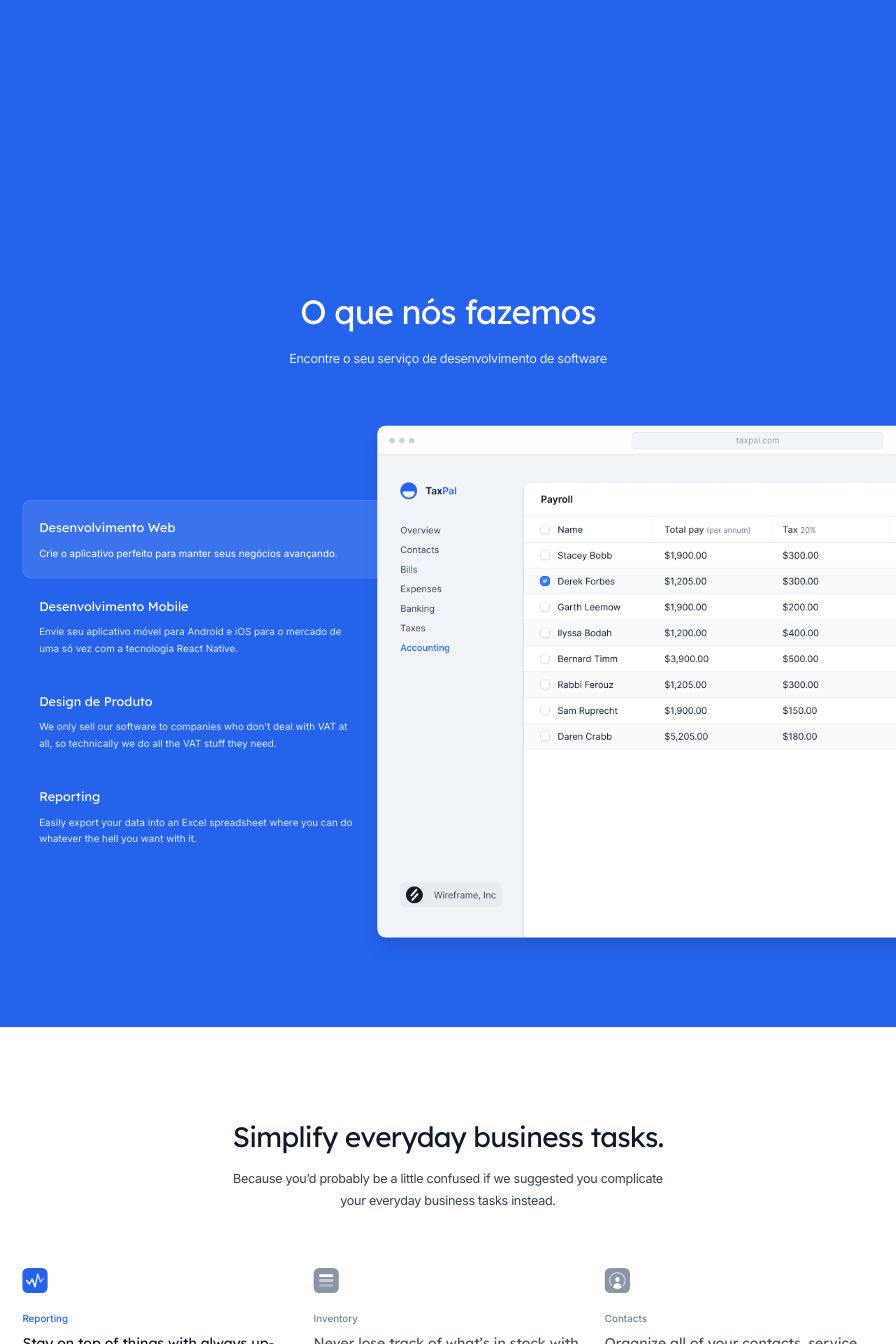
Repository: LuisSempre/imaginative
Page: /
These files come from the project's save history. The page is drawn as it stood at one moment and after the next save; the edit follows.
The browser window is 1280 px wide. The pictures show the part of the page from y = 1595 to 3515 px (the page is 9918 px tall), at 70% of full size.
The project was rebuilt for these pictures with package versions that can differ from the ones it lists, and the page was loaded fresh each time. The framework's server and built-in components were replaced by stand-ins that run in the browser. Also part of the build but not shown: next.config.js.

Above is the page before, as saved 2022-07-15 10:16:45.

### src/pages/index.jsx
import Head from 'next/head'

import { CallToAction } from '@/components/CallToAction'
import { Faqs } from '@/components/Faqs'
import { Footer } from '@/components/Footer'
import { Header } from '@/components/Header'
import { Hero } from '@/components/Hero'
import { Contact } from '@/components/Contact'
import { PrimaryFeatures } from '@/components/PrimaryFeatures'
import { SecondaryFeatures } from '@/components/SecondaryFeatures'
import { Testimonials } from '@/components/Testimonials'

export default function Home() {
  return (
    <>
      <Head>
        <title>TaxPal - Accounting made simple for small businesses</title>
        <meta
          name="description"
          content="Most bookkeeping software is accurate, but hard to use. We make the opposite trade-off, and hope you don’t get audited."
        />
      </Head>
      <Header />
      <main>
        <Hero />
        <PrimaryFeatures />
        <SecondaryFeatures />
        <CallToAction />
        <Testimonials />
        <Contact />
        <Faqs />
      </main>
      <Footer />
    </>
  )
}

### src/components/CallToAction.jsx
import Image from 'next/future/image'

import { Button } from '@/components/Button'
import { Container } from '@/components/Container'
import backgroundImage from '@/images/background-call-to-action.jpg'

export function CallToAction() {
  return (
    <section
      id="get-started-today"
      className="relative overflow-hidden bg-blue-600 py-32"
    >
      <Image
        className="absolute top-1/2 left-1/2 max-w-none -translate-x-1/2 -translate-y-1/2"
        src={backgroundImage}
        alt=""
        width={2347}
        height={1244}
        unoptimized
      />
      <Container className="relative">
        <div className="mx-auto max-w-lg text-center">
          <h2 className="font-display text-3xl tracking-tight text-white sm:text-4xl">
            Get started today
          </h2>
          <p className="mt-4 text-lg tracking-tight text-white">
            It’s time to take control of your books. Buy our software so you can
            feel like you’re doing something productive.
          </p>
          <Button href="/register" color="white" className="mt-10">
            Get 6 months free
          </Button>
        </div>
      </Container>
    </section>
  )
}

### src/components/Footer.jsx
import Link from 'next/link'

import { Container } from '@/components/Container'
import { Logo } from '@/components/Logo'
import { NavLink } from '@/components/NavLink'

export function Footer() {
  return (
    <footer className="bg-slate-50">
      <Container>
        <div className="py-16">
          <Logo className="mx-auto h-10 w-auto" />
          <nav className="mt-10 text-sm" aria-label="quick links">
            <div className="-my-1 flex justify-center gap-x-6">
              <NavLink href="#features">Features</NavLink>
              <NavLink href="#testimonials">Testimonials</NavLink>
              <NavLink href="#pricing">Pricing</NavLink>
            </div>
          </nav>
        </div>
        <div className="flex flex-col items-center border-t border-slate-400/10 py-10 sm:flex-row-reverse sm:justify-between">
          <div className="flex gap-x-6">
            <Link
              href="https://twitter.com"
              className="group"
              aria-label="TaxPal on Twitter"
            >
              <svg
                aria-hidden="true"
                className="h-6 w-6 fill-slate-500 group-hover:fill-slate-700"
              >
                <path d="M8.29 20.251c7.547 0 11.675-6.253 11.675-11.675 0-.178 0-.355-.012-.53A8.348 8.348 0 0 0 22 5.92a8.19 8.19 0 0 1-2.357.646 4.118 4.118 0 0 0 1.804-2.27 8.224 8.224 0 0 1-2.605.996 4.107 4.107 0 0 0-6.993 3.743 11.65 11.65 0 0 1-8.457-4.287 4.106 4.106 0 0 0 1.27 5.477A4.073 4.073 0 0 1 2.8 9.713v.052a4.105 4.105 0 0 0 3.292 4.022 4.093 4.093 0 0 1-1.853.07 4.108 4.108 0 0 0 3.834 2.85A8.233 8.233 0 0 1 2 18.407a11.615 11.615 0 0 0 6.29 1.84" />
              </svg>
            </Link>
            <Link
              href="https://github.com"
              className="group"
              aria-label="TaxPal on GitHub"
            >
              <svg
                aria-hidden="true"
                className="h-6 w-6 fill-slate-500 group-hover:fill-slate-700"
              >
                <path d="M12 2C6.477 2 2 6.484 2 12.017c0 4.425 2.865 8.18 6.839 9.504.5.092.682-.217.682-.483 0-.237-.008-.868-.013-1.703-2.782.605-3.369-1.343-3.369-1.343-.454-1.158-1.11-1.466-1.11-1.466-.908-.62.069-.608.069-.608 1.003.07 1.531 1.032 1.531 1.032.892 1.53 2.341 1.088 2.91.832.092-.647.35-1.088.636-1.338-2.22-.253-4.555-1.113-4.555-4.951 0-1.093.39-1.988 1.029-2.688-.103-.253-.446-1.272.098-2.65 0 0 .84-.27 2.75 1.026A9.564 9.564 0 0 1 12 6.844a9.59 9.59 0 0 1 2.504.337c1.909-1.296 2.747-1.027 2.747-1.027.546 1.379.202 2.398.1 2.651.64.7 1.028 1.595 1.028 2.688 0 3.848-2.339 4.695-4.566 4.943.359.309.678.92.678 1.855 0 1.338-.012 2.419-.012 2.747 0 .268.18.58.688.482A10.02 10.02 0 0 0 22 12.017C22 6.484 17.522 2 12 2Z" />
              </svg>
            </Link>
          </div>
          <p className="mt-6 text-sm text-slate-500 sm:mt-0">
            Copyright &copy; {new Date().getFullYear()} TaxPal. All rights
            reserved.
          </p>
        </div>
      </Container>
    </footer>
  )
}

### src/components/Header.jsx
import { Fragment } from 'react'
import Link from 'next/link'
import { Popover, Transition } from '@headlessui/react'
import clsx from 'clsx'
import { Container } from '@/components/Container'
import { Logo } from '@/components/Logo'
import { NavLink } from '@/components/NavLink'

function MobileNavLink({ href, children }) {
  return (
    <Popover.Button as={Link} href={href} className="block w-full p-2">
      {children}
    </Popover.Button>
  )
}

function MobileNavIcon({ open }) {
  return (
    <svg
      aria-hidden="true"
      className="h-3.5 w-3.5 overflow-visible stroke-slate-700"
      fill="none"
      strokeWidth={2}
      strokeLinecap="round"
    >
      <path
        d="M0 1H14M0 7H14M0 13H14"
        className={clsx(
          'origin-center transition',
          open && 'scale-90 opacity-0'
        )}
      />
      <path
        d="M2 2L12 12M12 2L2 12"
        className={clsx(
          'origin-center transition',
          !open && 'scale-90 opacity-0'
        )}
      />
    </svg>
  )
}

function MobileNavigation() {
  return (
    <Popover>
      <Popover.Button
        className="relative z-10 flex h-8 w-8 items-center justify-center [&:not(:focus-visible)]:focus:outline-none"
        aria-label="Toggle Navigation"
      >
        {({ open }) => <MobileNavIcon open={open} />}
      </Popover.Button>
      <Transition.Root>
        <Transition.Child
          as={Fragment}
          enter="duration-150 ease-out"
          enterFrom="opacity-0"
          enterTo="opacity-100"
          leave="duration-150 ease-in"
          leaveFrom="opacity-100"
          leaveTo="opacity-0"
        >
          <Popover.Overlay className="fixed inset-0 bg-slate-300/50" />
        </Transition.Child>
        <Transition.Child
          as={Fragment}
          enter="duration-150 ease-out"
          enterFrom="opacity-0 scale-95"
          enterTo="opacity-100 scale-100"
          leave="duration-100 ease-in"
          leaveFrom="opacity-100 scale-100"
          leaveTo="opacity-0 scale-95"
        >
          <Popover.Panel
            as="div"
            className="absolute inset-x-0 flex flex-col p-4 mt-4 text-lg tracking-tight origin-top bg-white shadow-xl top-full rounded-2xl text-slate-900 ring-1 ring-slate-900/5"
          >
            <MobileNavLink href="#services">Serviços</MobileNavLink>
            <MobileNavLink href="#portifolio">Portfólio</MobileNavLink>
            <MobileNavLink href="#sobre">Sobre</MobileNavLink>
          </Popover.Panel>
        </Transition.Child>
      </Transition.Root>
    </Popover>
  )
}

export function Header() {
  return (
    <header className="py-10">
      <Container>
        <nav className="relative z-50 flex justify-between">
          <div className="flex items-center md:gap-x-12">
            <Link href="#" aria-label="Home">
              <Logo className="w-auto h-10" />
            </Link>
          </div>
          <div className="flex items-center gap-x-5 md:gap-x-8">
            <div className="hidden md:flex">
              <NavLink href="#services">Serviços</NavLink>
              <NavLink href="#portifolio">Portfólio</NavLink>
              <NavLink href="#sobre">Sobre</NavLink>
            </div>
            <div className="-mr-1 md:hidden">
              <MobileNavigation />
            </div>
          </div>
        </nav>
      </Container>
    </header>
  )
}

### src/components/Hero.jsx
import Image from 'next/future/image'

import { Button } from '@/components/Button'
import { Container } from '@/components/Container'
import logoLaravel from '@/images/logos/laravel.svg'
import logoMirage from '@/images/logos/mirage.svg'
import logoStatamic from '@/images/logos/statamic.svg'
import logoStaticKit from '@/images/logos/statickit.svg'
import logoTransistor from '@/images/logos/transistor.svg'
import logoTuple from '@/images/logos/tuple.svg'

export function Hero() {
  return (
    <Container className="pt-20 pb-16 text-center lg:pt-32">
      <h1 className="max-w-4xl mx-auto text-5xl font-medium tracking-tight font-display text-slate-900 sm:text-7xl">
        Construindo{' '}
        <span className="relative text-blue-500 whitespace-nowrap">
          <svg
            aria-hidden="true"
            viewBox="0 0 418 42"
            className="absolute top-2/3 left-0 h-[0.58em] w-full fill-blue-300/70"
            preserveAspectRatio="none"
          >
            <path d="M203.371.916c-26.013-2.078-76.686 1.963-124.73 9.946L67.3 12.749C35.421 18.062 18.2 21.766 6.004 25.934 1.244 27.561.828 27.778.874 28.61c.07 1.214.828 1.121 9.595-1.176 9.072-2.377 17.15-3.92 39.246-7.496C123.565 7.986 157.869 4.492 195.942 5.046c7.461.108 19.25 1.696 19.17 2.582-.107 1.183-7.874 4.31-25.75 10.366-21.992 7.45-35.43 12.534-36.701 13.884-2.173 2.308-.202 4.407 4.442 4.734 2.654.187 3.263.157 15.593-.78 35.401-2.686 57.944-3.488 88.365-3.143 46.327.526 75.721 2.23 130.788 7.584 19.787 1.924 20.814 1.98 24.557 1.332l.066-.011c1.201-.203 1.53-1.825.399-2.335-2.911-1.31-4.893-1.604-22.048-3.261-57.509-5.556-87.871-7.36-132.059-7.842-23.239-.254-33.617-.116-50.627.674-11.629.54-42.371 2.494-46.696 2.967-2.359.259 8.133-3.625 26.504-9.81 23.239-7.825 27.934-10.149 28.304-14.005.417-4.348-3.529-6-16.878-7.066Z" />
          </svg>
          <span className="relative">software inovador</span>
        </span>{' '}
        para você crescer.
      </h1>
      <p className="max-w-2xl mx-auto mt-6 text-xl tracking-tight text-slate-700">
        Desenvolvimento de aplicativos web e mobile
      </p>
      <div className="flex justify-center mt-10 gap-x-6">
        <Button className="px-12 py-4 text-xl" href="#contato">
          Entre em contato
        </Button>
      </div>
      <div className="mt-36 lg:mt-44">
        <p className="text-base font-display text-slate-900">
         Confiado por empresas inovadoras
        </p>
        <ul
          role="list"
          className="flex items-center justify-center mt-8 gap-x-8 sm:flex-col sm:gap-x-0 sm:gap-y-10 xl:flex-row xl:gap-x-12 xl:gap-y-0"
        >
          {[
            [
              { name: 'Transistor', logo: logoTransistor },
              { name: 'Tuple', logo: logoTuple },
              { name: 'StaticKit', logo: logoStaticKit },
            ],
            [
              { name: 'Mirage', logo: logoMirage },
              { name: 'Laravel', logo: logoLaravel },
              { name: 'Statamic', logo: logoStatamic },
            ],
          ].map((group, groupIndex) => (
            <li key={groupIndex}>
              <ul
                role="list"
                className="flex flex-col items-center gap-y-8 sm:flex-row sm:gap-x-12 sm:gap-y-0"
              >
                {group.map((company) => (
                  <li key={company.name} className="flex">
                    <Image src={company.logo} alt={company.name} unoptimized />
                  </li>
                ))}
              </ul>
            </li>
          ))}
        </ul>
      </div>
    </Container>
  )
}

### src/components/PrimaryFeatures.jsx
import { useEffect, useState } from 'react'
import Image from 'next/future/image'
import { Tab } from '@headlessui/react'
import clsx from 'clsx'

import { Container } from '@/components/Container'
import backgroundImage from '@/images/background-features.jpg'
import screenshotExpenses from '@/images/screenshots/expenses.png'
import screenshotPayroll from '@/images/screenshots/payroll.png'
import screenshotReporting from '@/images/screenshots/reporting.png'
import screenshotVatReturns from '@/images/screenshots/vat-returns.png'

const features = [
  {
    title: 'Desenvolvimento Web',
    description:
      "Crie o aplicativo perfeito para manter seus negócios avançando.",
    image: screenshotPayroll,
  },
  {
    title: 'Desenvolvimento Mobile',
    description:
      "Envie seu aplicativo móvel para Android e iOS para o mercado de uma só vez com a tecnologia React Native.",
    image: screenshotExpenses,
  },
  {
    title: 'Design de Produto',
    description:
      "We only sell our software to companies who don't deal with VAT at all, so technically we do all the VAT stuff they need.",
    image: screenshotVatReturns,
  },
  {
    title: 'Reporting',
    description:
      'Easily export your data into an Excel spreadsheet where you can do whatever the hell you want with it.',
    image: screenshotReporting,
  },
]

export function PrimaryFeatures() {
  let [tabOrientation, setTabOrientation] = useState('horizontal')

  useEffect(() => {
    let lgMediaQuery = window.matchMedia('(min-width: 1024px)')

    function onMediaQueryChange({ matches }) {
      setTabOrientation(matches ? 'vertical' : 'horizontal')
    }

    onMediaQueryChange(lgMediaQuery)
    lgMediaQuery.addEventListener('change', onMediaQueryChange)

    return () => {
      lgMediaQuery.removeEventListener('change', onMediaQueryChange)
    }
  }, [])

  return (
    <section
      id="features"
      aria-label="Features for running your books"
      className="relative pt-20 overflow-hidden bg-blue-600 pb-28 sm:py-32"
    >
      <Image
        className="absolute top-1/2 left-1/2 max-w-none translate-x-[-44%] translate-y-[-42%]"
        src={backgroundImage}
        alt=""
        width={2245}
        height={1636}
        unoptimized
      />
      <Container className="relative">
        <div className="max-w-2xl md:mx-auto md:text-center xl:max-w-none">
          <h2 className="text-3xl tracking-tight text-white font-display sm:text-4xl md:text-5xl">
            O que nós fazemos
          </h2>
          <p className="mt-6 text-lg tracking-tight text-blue-100">
            Encontre o seu serviço de desenvolvimento de software
          </p>
        </div>
        <Tab.Group
          as="div"
          className="grid items-center grid-cols-1 pt-10 mt-16 gap-y-2 sm:gap-y-6 md:mt-20 lg:grid-cols-12 lg:pt-0"
          vertical={tabOrientation === 'vertical'}
        >
          {({ selectedIndex }) => (
            <>
              <div className="flex pb-4 -mx-4 overflow-x-auto sm:mx-0 sm:overflow-visible sm:pb-0 lg:col-span-5">
                <Tab.List className="relative z-10 flex px-4 gap-x-4 whitespace-nowrap sm:mx-auto sm:px-0 lg:mx-0 lg:block lg:gap-x-0 lg:gap-y-1 lg:whitespace-normal">
                  {features.map((feature, featureIndex) => (
                    <div
                      key={feature.title}
                      className={clsx(
                        'group relative rounded-full py-1 px-4 lg:rounded-r-none lg:rounded-l-xl lg:p-6',
                        selectedIndex === featureIndex
                          ? 'bg-white lg:bg-white/10 lg:ring-1 lg:ring-inset lg:ring-white/10'
                          : 'hover:bg-white/10 lg:hover:bg-white/5'
                      )}
                    >
                      <h3>
                        <Tab
                          className={clsx(
                            'font-display text-lg [&:not(:focus-visible)]:focus:outline-none',
                            selectedIndex === featureIndex
                              ? 'text-blue-600 lg:text-white'
                              : 'text-blue-100 hover:text-white lg:text-white'
                          )}
                        >
                          <span className="absolute inset-0 rounded-full lg:rounded-r-none lg:rounded-l-xl" />
                          {feature.title}
                        </Tab>
                      </h3>
                      <p
                        className={clsx(
                          'mt-2 hidden text-sm lg:block',
                          selectedIndex === featureIndex
                            ? 'text-white'
                            : 'text-blue-100 group-hover:text-white'
                        )}
                      >
                        {feature.description}
                      </p>
                    </div>
                  ))}
                </Tab.List>
              </div>
              <Tab.Panels className="lg:col-span-7">
                {features.map((feature) => (
                  <Tab.Panel key={feature.title} unmount={false}>
                    <div className="relative sm:px-6 lg:hidden">
                      <div className="absolute -inset-x-4 top-[-6.5rem] bottom-[-4.25rem] bg-white/10 ring-1 ring-inset ring-white/10 sm:inset-x-0 sm:rounded-t-xl" />
                      <p className="relative max-w-2xl mx-auto text-base text-white sm:text-center">
                        {feature.description}
                      </p>
                    </div>
                    <div className="mt-10 w-[45rem] overflow-hidden rounded-xl bg-slate-50 shadow-xl shadow-blue-900/20 sm:w-auto lg:mt-0 lg:w-[67.8125rem]">
                      <Image
                        className="w-full"
                        src={feature.image}
                        alt=""
                        priority
                        sizes="(min-width: 1024px) 67.8125rem, (min-width: 640px) 100vw, 45rem"
                      />
                    </div>
                  </Tab.Panel>
                ))}
              </Tab.Panels>
            </>
          )}
        </Tab.Group>
      </Container>
    </section>
  )
}

### src/components/Button.jsx
import Link from 'next/link'
import clsx from 'clsx'

const baseStyles = {
  solid:
    'group inline-flex items-center justify-center rounded-full py-2 px-4 text-sm font-semibold focus:outline-none focus-visible:outline-2 focus-visible:outline-offset-2',
  outline:
    'group inline-flex ring-1 items-center justify-center rounded-full py-2 px-4 text-sm focus:outline-none',
}

const variantStyles = {
  solid: {
    slate:
      'bg-slate-900 text-white hover:bg-slate-700 hover:text-slate-100 active:bg-slate-800 active:text-slate-300 focus-visible:outline-slate-900',
    blue: 'bg-blue-600 text-white hover:text-slate-100 hover:bg-blue-500 active:bg-blue-800 active:text-blue-100 focus-visible:outline-blue-600',
    white:
      'bg-white text-slate-900 hover:bg-blue-50 active:bg-blue-200 active:text-slate-600 focus-visible:outline-white',
  },
  outline: {
    slate:
      'ring-slate-200 text-slate-700 hover:text-slate-900 hover:ring-slate-300 active:bg-slate-100 active:text-slate-600 focus-visible:outline-blue-600 focus-visible:ring-slate-300',
    white:
      'ring-slate-700 text-white hover:ring-slate-500 active:ring-slate-700 active:text-slate-400 focus-visible:outline-white',
  },
}

export function Button({
  variant = 'solid',
  color = 'slate',
  className,
  href,
  ...props
}) {
  className = clsx(
    baseStyles[variant],
    variantStyles[variant][color],
    className
  )

  return href ? (
    <Link href={href} className={className} {...props} />
  ) : (
    <button className={className} {...props} />
  )
}

### src/components/Logo.jsx
import Image from 'next/image'
import logo from '../images/logos/logo.png'
export function Logo(props) {
  return <Image src={logo}  width={200}  height={32} alt="Picture of the author" />
}

Loaded but not shown: src/pages/_app.jsx (common file); src/pages/_document.jsx (common file); src/styles/tailwind.css (common file); src/components/Container.jsx (common file); src/components/NavLink.jsx (common file); tailwind.config.js (common file); src/components/Contact.jsx (187 lines, source omitted); src/components/SecondaryFeatures.jsx (231 lines, source omitted); src/components/Testimonials.jsx (144 lines, source omitted); src/components/Faqs.jsx (110 lines, source omitted)

After the next save:
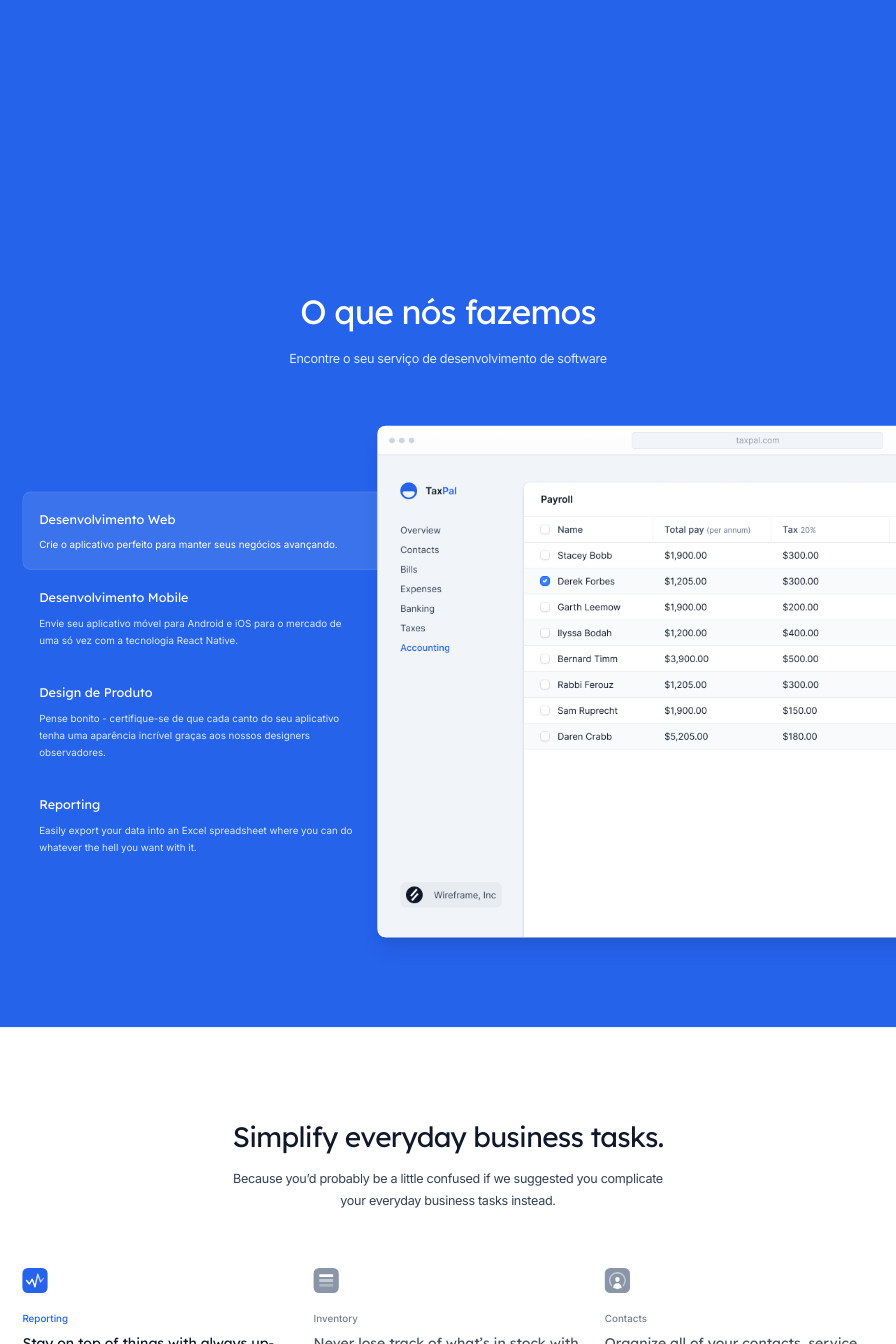
Saved 82 s later.
--- a/src/components/PrimaryFeatures.jsx
+++ b/src/components/PrimaryFeatures.jsx
@@ -26,7 +26,7 @@
   {
     title: 'Design de Produto',
     description:
-      "We only sell our software to companies who don't deal with VAT at all, so technically we do all the VAT stuff they need.",
+      "Pense bonito - certifique-se de que cada canto do seu aplicativo tenha uma aparência incrível graças aos nossos designers observadores.",
     image: screenshotVatReturns,
   },
   {
